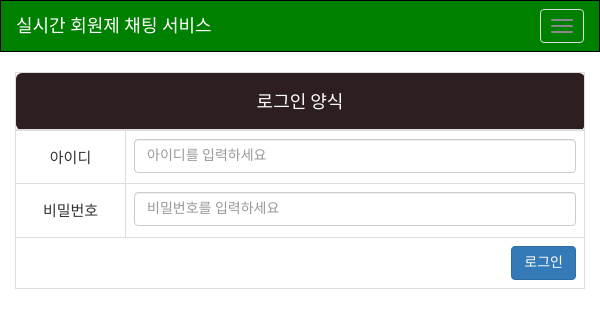
Repository: kkoseunghyun/javaAjaxChat
Page: http://localhost/UserChat/login.jsp
An editor plug-in stored every save of this project. The page is shown before and after the next save, followed by the edit.
The browser window is 600 px wide. The pictures show the whole page.
Some web fonts or font styles are not loaded; a fallback is used. Some web libraries are served in a nearby version. The page is served by Tomcat 9.

Above is the page before, as saved 2019-05-15 08:16:29.

After the next save:
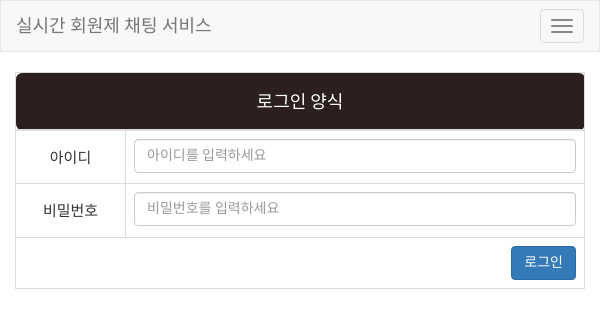
Saved 68 s later.
--- a/JspAjax/UserChat/WebContent/css/custom.css
+++ b/JspAjax/UserChat/WebContent/css/custom.css
@@ -195,58 +195,3 @@ height:40px;
 .text-red {
     color: #e74c3c;
 }
-
-/* 전체 링크 관련 영역 */
-a {
-    color: #000000;
-    text-decoration: none;
-}
-a:hover{
-    color: #bbbbbb;
-    text-decoration:none;
-    cursor: pointer;
-}
-
-/* 네비게이션 영역 */
-.navbar-default{    /* 배경 색상*/
-    background-color: green;
-    border-color: #000000;
-}
-.navbar-default .navbar-brand{ /* 내비게이션 제목 생상 */
-    color: #ffffff;
-}
-.navbar-default .navbar-brand:hover,
-.navbar-default .navbar-brand:focus{ /*내비게이션 제목에 마우스를 올렸을 때 */
-    background-color: transparent;
-    color: #bbbbbb;
-}
-.navbar-default .navbar-nav > .active > a,
-.navbar-default .navbar-nav > .active > a:hover,
-.navbar-default .navbar-nav > .active > a:focus{ /* 현재 선택된 내비게이션 색상 이벤트 */
-    color: white;
-    background-color: #dddddd;
-}
-.navbar-default .navbar-nav > li > a:hover,
-.navbar-default .navbar-nav > li > a:focus { /*내비게이션의 글자에 마우스를 올렸을 때 */
-    color: #bbbbbb;
-}
-.navbar-default .navbar-nav > .open > a,
-.navbar-default .navbar-nav > .open > a:hover,
-.navbar-default .navbar-nav > .open > a:focus{ /* .open 드랍다운이 열렸을 때 마우스 색상 이벤트  */
-    color: black;
-    background-color: #ffffff;
-    text-decoration: none;
-}
-.navbar-default .navbar-nav > li > a { /*내비게이션 기본 글자 색상 */
-    color: white;
-}
-/* 미디어 쿼리 */
-@media (max-width: 767px) { /* (해상도가 작아졌을때) 드랍다운 아이템에 마우스를 올렸을 때 */
-    .navbar-default .navbar-nav .open .dropdown-menu > li > a {
-        color: #ffffff;
-    }
-    .navbar-default .navbar-nav .open .dropdown-menu > li > a:hover,
-    .navbar-default .navbar-nav .open .dropdown-menu > li > a:focus {
-        color: #bbbbbb;
-    }
-}
